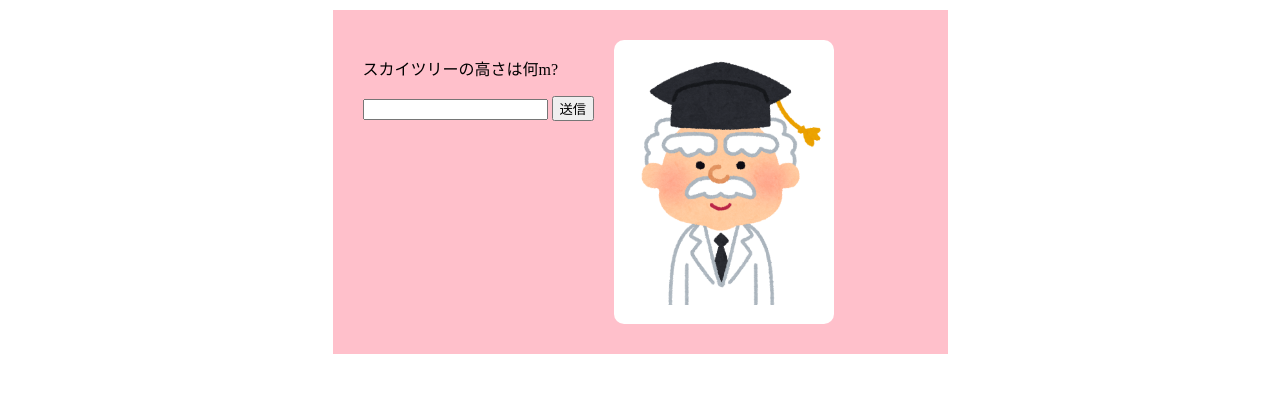
Repository: cshm225/jsplesson
Page: http://localhost/quiz/
These files come from the project's save history. The page is drawn as it stood at one moment and after the next save; the edit follows.
The browser window is 1280 px wide. The pictures show the whole page.
The page is served by Tomcat 9.

Above is the page before, as saved 2022-05-25 05:02:29.

### quiz/WebContent/index.html
<!DOCTYPE html>
<html>
<head>
<meta charset="UTF-8">
<title>Quiz</title>
<link rel="stylesheet" href="/quiz/css/main.css">
</head>
<body>
<div id="container">
	<div id="boxA">
		<p>スカイツリーの高さは何m?</p>
		<form action="/quiz/result" method="post" >
		<input type="text" name="ans">
		<input type="submit" value="送信">
</form>
	</div>
	<div id="boxB">
		<div class=imgbox>
			<img src="/quiz/images/smile.png">
		</div>
	</div>
</div>
</body>
</html>

### quiz/WebContent/css/main.css
@charset "UTF-8";
#container{
	width:555px;
	margin:10px auto;
	background:pink;
	display:flex;
	padding:30px;
}
#boxA{
	margin-right:20px;
}
#boxB .imgbox{
	border-radius:10px;
	overflow:hiden;
	width:200px;

	background:#fff;
	padding:18px 10px 15px;
}
#boxB .imgbox img{
	width:100%;
}

After the next save:
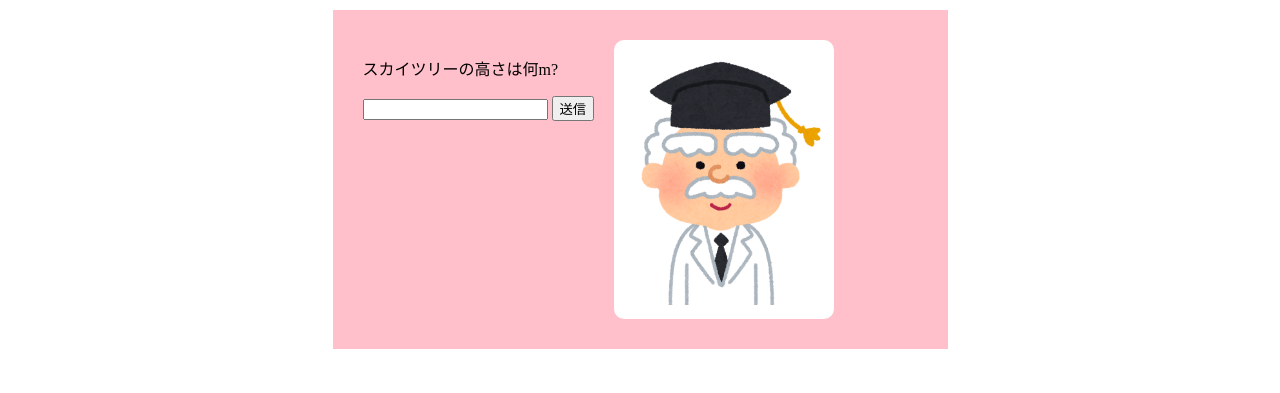
Saved 111 s later.
--- a/quiz/WebContent/css/main.css
+++ b/quiz/WebContent/css/main.css
@@ -15,7 +15,7 @@
 	width:200px;
 
 	background:#fff;
-	padding:18px 10px 15px;
+	padding:18px 10px 10px;
 }
 #boxB .imgbox img{
 	width:100%;
